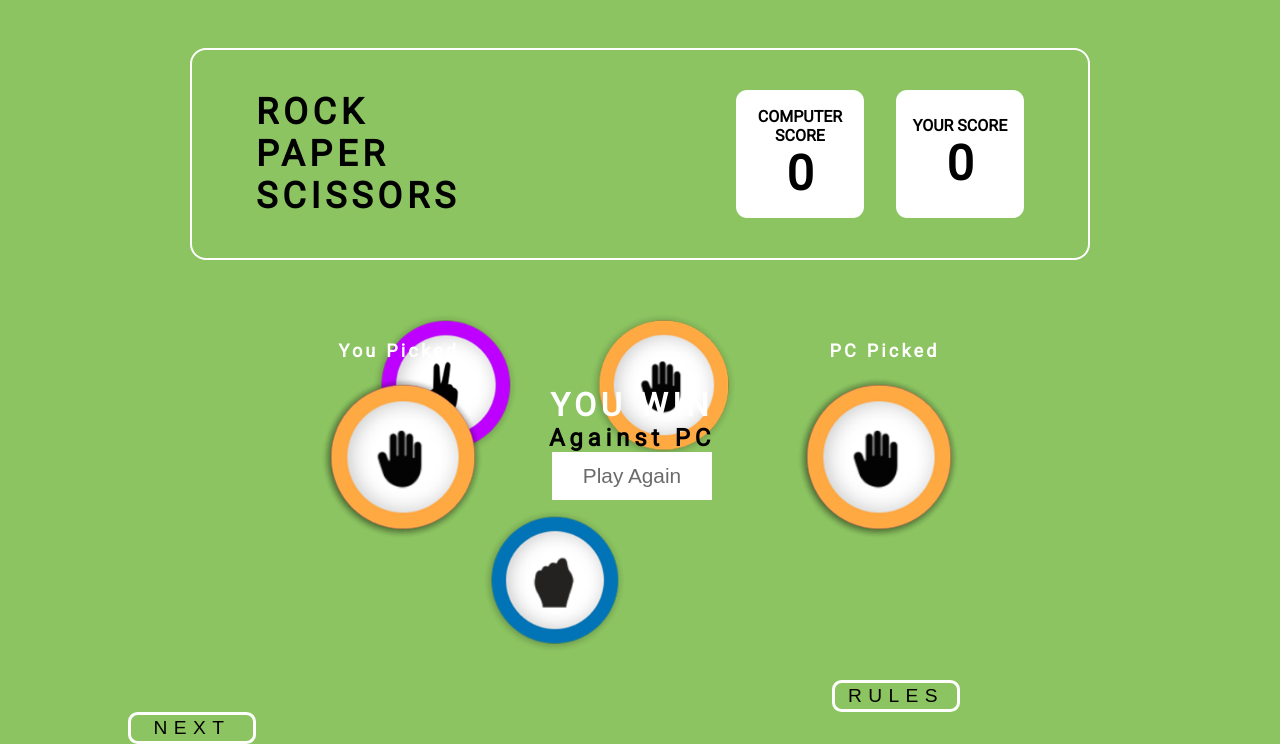
Repository: drumsmanku/Major-module-project-1
Page: index.html
The author's editor kept a copy of each file at every save. The page is drawn from the files as they stood at one save, then again after the next save.
The browser window is 1280 px wide. The pictures show the whole page.

Above is the page before, as saved 2023-04-30 16:36:09.

### index.html
<!DOCTYPE html>
<html lang="en">
<head>
  <meta charset="UTF-8">
  <meta http-equiv="X-UA-Compatible" content="IE=edge">
  <meta name="viewport" content="width=device-width, initial-scale=1.0">
  <link rel="stylesheet" href="styles.css">
  <title>Module Project 1 </title>
</head>
<body>
  <div class="main-container">
    <div class="first-container">
      <div class="text">
        <h1>ROCK PAPER SCISSORS</h1>
      </div>
      <div class="two-boxes">
        <div class="computer-score">
          <h4>COMPUTER SCORE</h4>
          <h1>0</h1>
        </div>
        <div class="your-score">
          <h4>YOUR SCORE</h4>
          <h1>0</h1>
        </div>
      </div>

    </div>

    <div class="second-main-container">
      <div class="second-main-main-first-container ">
        <div class="second-first-main-container">
          <div class="two-buttons">
            <button class="btn-2"><img src="2.png" alt=""></button>
            <button class="btn-3"><img src="3.png" alt=""></button>
          </div>
          <button class="btn-1"> <img src="1.png" alt=""></button>
        </div>
        <div class="second-second-main-container">
          <div class="img-container">
            <img id="rules-img" src="4.png" alt="">
            <button id="my-btn">
              <p>X</p><img src="x.png" alt="">
            </button>
          </div>
        </div>

      </div>
       <div class="second-main-main-second-conainer">
        <div class="cont">
          <div class="images-div">
            <p>You Picked</p>
            <img src="1.png" alt="">
            <img src="2.png" alt="">
            <img src="3.png" alt="">
          </div>
          <div class="who-won">
            <p class="won">YOU WIN</p>
            <p class="against">Against PC</p>
            <button class="play-again">Play Again</button>
          </div>
          <div class="images-div-for-pc">
            <p>PC Picked</p>
            <img src="1.png" alt="">
            <img src="2.png" alt="">
            <img src="3.png" alt="">
          </div>
        </div>


       </div>
    </div>
    <div class="next-and-rules">
      <div class="bottom-btn"><button id="rule-btn">RULES</button></div>
      <div class=""><button id="rule-btn">NEXT</button></div>
    </div>


  </div>

  <script src="script.js"></script>
</body>
</html>

### styles.css
@import url('https://fonts.googleapis.com/css2?family=Roboto&display=swap');

*{
  padding: 0;
  margin: 0;
}

body{
  background-color: #8CC461;
}
.main-container{
  display: flex;
  flex-direction: column;
  align-items: center;
}
.first-container{
  height: 5rem;
  width: 60vw;
  border: 2px solid white;
  background: none;
  border-radius: 1rem;
  padding: 4rem;
  display: flex;
  flex-direction: row;
  align-items: center;
  justify-content: space-between;
  margin-top: 3rem;
}
.text{
  height: inherit;
  width: 20%;
  display: flex;
  flex-wrap: wrap;
  flex-direction: column;
  font-family: 'Roboto';
  letter-spacing: 0.3rem;
  font-size: large;
  justify-content: center;
  align-items: center;
}

.computer-score{
  display: flex;
  flex-direction: column;
  height: 8rem;
  width: 8rem;
  flex-wrap: wrap;
  font-family: 'Roboto';
  justify-content: center;
  align-items: center;
  background-color: white;
  text-align: center;
  border-radius: 0.7rem;
}
.computer-score>h1{
  font-weight: 800;
  font-size: 3rem;
}
.your-score{
  display: flex;
  flex-direction: column;
  height: 8rem;
  width: 8rem;
  flex-wrap: wrap;
  font-family: 'Roboto';
  justify-content: center;
  align-items: center;
  background-color: white;
  text-align: center;
  border-radius: 0.7rem;
  margin-left: 2rem;
}
.your-score>h1{
  font-weight: 800;
  font-size: 3rem;
}
.two-boxes{
  display: flex;
  flex-direction: row;
  justify-content: space-between;
}
.second-main-container{
  position: relative;
  width: 100vw;
}
.second-main-main-first-container{
  display: flex;
  flex-direction: row;
  justify-content: flex-end;
  width: 100vw;

}
.hide{
  display: none;
}
.second-first-main-container{
  display: flex;
  flex-direction: column;
  justify-content: flex-end;
  align-items: center;
  height: 55vh;
  width: 40vw;
}
.two-buttons{
  width: inherit;
  display: flex;
  flex-direction: row;
  justify-content: space-evenly;
  margin-bottom: 3rem;
}
.btn-1{
  background: none;
  border:none;
  cursor: pointer;
}
.btn-2{
  background: none;
  border:none;
  cursor: pointer;
}
.btn-3{
  background: none;
  border:none;
  cursor: pointer;
}
.second-first-main-container img{
  width: 9rem;
}

.second-second-main-container{
  display: flex;
  align-items: flex-end;
  margin-right: 12rem;
}
.second-second-main-container .img-container button{
  background: none;
  border: none;
  cursor: pointer;
  z-index: 999;
  position: absolute;
  top: -10%;
  left: 90%;
  bottom: 21rem;
  text-align: center;
  font-size:3.2rem;
  font-weight: bolder;
}
.second-second-main-container .img-container button>p{
  position: absolute;
  margin-left: 0.9rem;

  color: aliceblue;
  font-family: 'Roboto';
}
.img-container{
  position: relative;
  display: inline-block;
}
#rules-img, #my-btn{
  transform: scale(0);
}
#rules-img.appear{
  animation: open 0.4s ease-in-out forwards;
  transform-origin: top right;
}
#my-btn.appear{
  animation: open 0.1s ease-in-out 0.3s forwards;

}
#rules-img.disappear{
  animation: close 0.4s ease-in-out forwards;
  transform-origin: top right;
}
#my-btn.disappear{
  animation:close 0.1s ease-in-out 0.3s forwards;
}
@keyframes open{
  from{
    transform: scale(0);
  }
  to{
    transform: scale(1);
  }
}
@keyframes close{
  from{
    transform: scale(1);
  }
  to{
    transform: scale(0);
  }
}

#rule-btn{
  background: none;
  border: 3px solid white;
  border-radius: 0.6rem;
  height: 2rem;
  width: 8rem;
  font-size:1.2rem;
  letter-spacing: 0.4rem;
  cursor: pointer;
}
.bottom-btn{
  width: 80vw;
  display: flex;
  justify-content: flex-end;
  margin-top: 1.5rem;

}
.bottom-btn button{
  margin-right: 12rem;
}

.images-div{
  position: relative;
  display: flex;
  justify-content: center;
  align-items: center;
  height: 55vh;
  flex-direction: column;
  /* width: 100vw; */
}
.images-div img{
  position: absolute;
  left: 30%;
  width: 10rem;

}
.images-div p{
  position: absolute;
  left: 30%;
  top: 5rem;
  letter-spacing: 0.2rem;
  color: white;
  font-size: large;
  font-weight: bold;
  font-family: 'Roboto';
  width: 10rem;
  padding-left: 1rem;
}
.images-div-for-pc{
  position: relative;
  display: flex;
  justify-content: center;
  align-items: center;
  height: 55vh;
  flex-direction: column;
}
.images-div-for-pc img{
  position: absolute;
  left: 55%;
  width: 10rem;
}
.images-div-for-pc p{
  position: absolute;
  left: 60%;
  top: 5rem;
  right: -4rem;
  letter-spacing: 0.2rem;
  color: white;
  font-size: large;
  font-weight: bold;
  font-family: 'Roboto';
  width: 15rem;
  padding-left: 2rem;
}
.second-main-main-second-conainer{
  position: absolute;
  top: 0;
  width: inherit;
  display: flex;
  flex-direction: row;
  justify-content: center;
  align-items: center;
}
.cont{
  display: flex;
  flex-direction: row;
  height: inherit;
  width: 50%;
  justify-content: space-evenly;
  align-items: center;
  margin-left: -10rem;
}
.against{
  font-size: x-large;
  columns: white;
  font-weight: bold;
  font-family: 'Roboto';
  letter-spacing: 0.3rem;
}
.who-won{
  display: flex;
  flex-direction: column;
  align-items: center;
  /* justify-content: center; */
  margin-left: 9rem;
  height: 20vh;
}
.won{
  color: white;
  font-size: xx-large;
  font-weight: bold;
  font-family: 'Roboto';
  letter-spacing: 0.3rem;
}
.who-won button{
  background-color: white;
  border: none;
  color: #6B6B6B;
  width: 10rem;
  height: 3rem;
  font-size: 1.3rem;
}
.next-and-rules{
  display: flex.;
}

### script.js
const myimg=document.querySelector("#rules-img");
const closebtn=document.querySelector("#my-btn");
const ruleOpen=document.querySelector("#rule-btn");

ruleOpen.addEventListener("click", ()=>{
  myimg.classList.add("appear");
  closebtn.classList.add("appear");
  myimg.classList.remove("disappear");
  closebtn.classList.remove("disappear");
});
closebtn.addEventListener("click", ()=>{
  myimg.classList.add("disappear");
  closebtn.classList.add("disappear");
  myimg.classList.remove("appear");
  closebtn.classList.remove("appear");
});

After the next save:
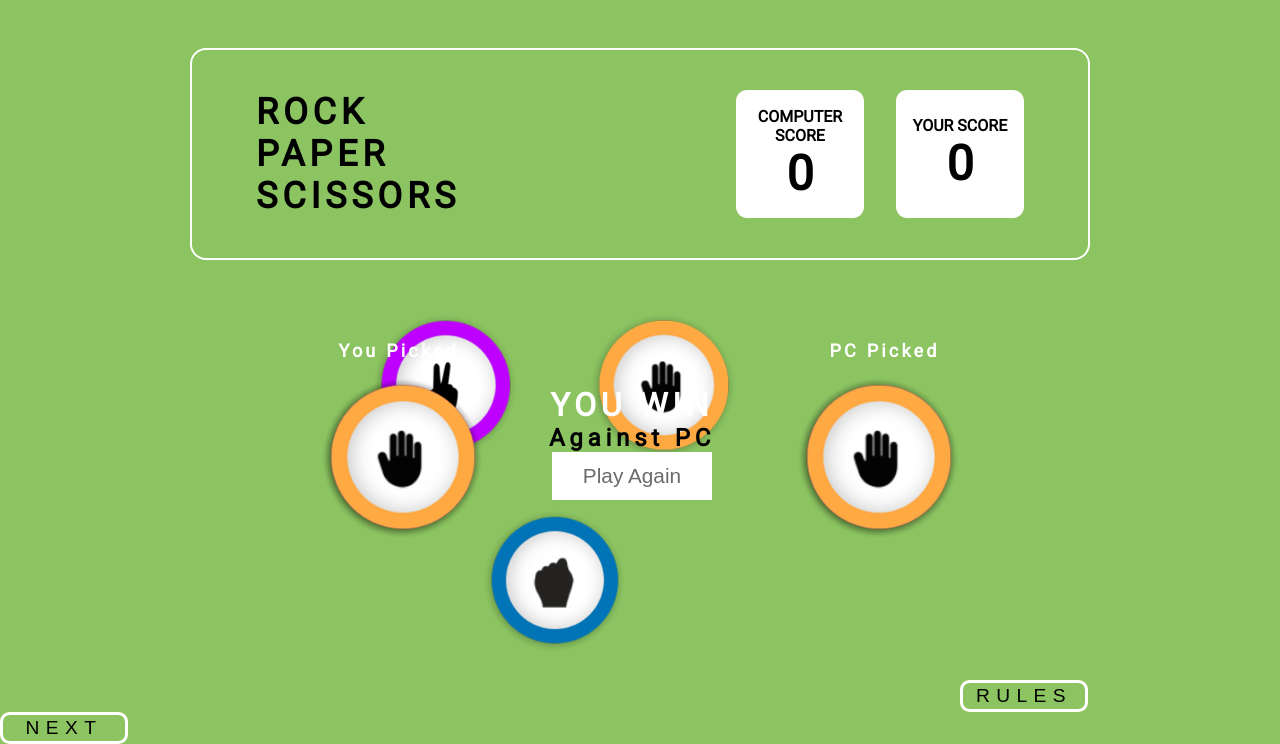
Saved 76 s later.
--- a/styles.css
+++ b/styles.css
@@ -202,7 +202,7 @@ body{
   cursor: pointer;
 }
 .bottom-btn{
-  width: 80vw;
+  width: 100vw;
   display: flex;
   justify-content: flex-end;
   margin-top: 1.5rem;
